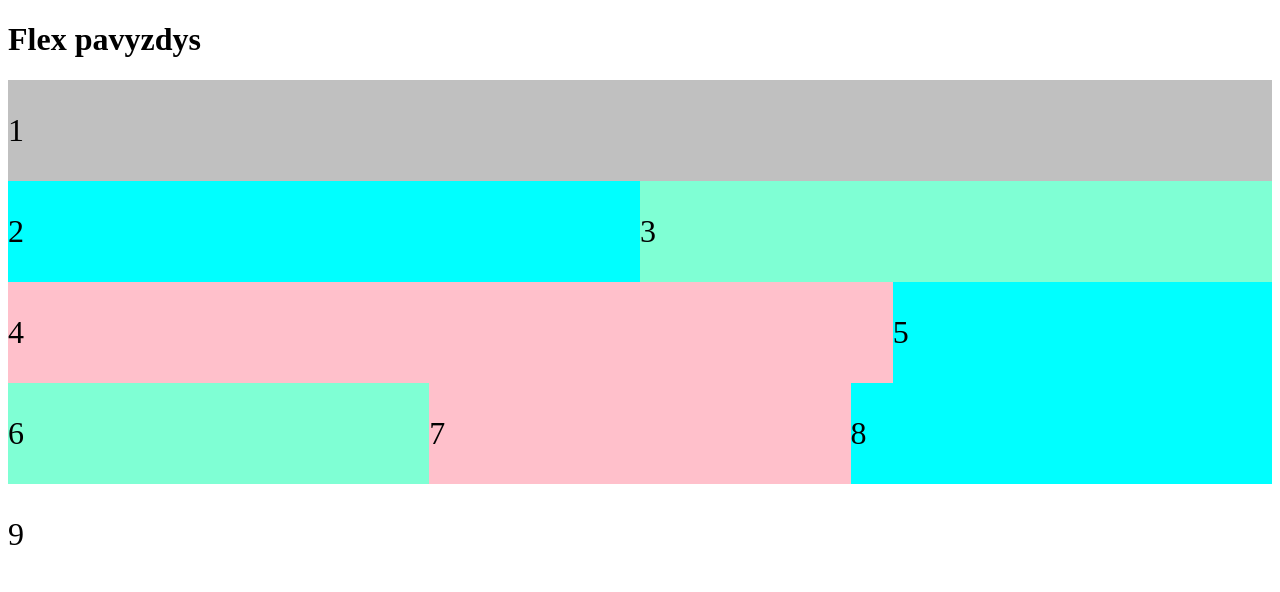
Repository: motiejus1/06-paskaita-invest
Page: index.html
The author's editor kept a copy of each file at every save. The page is drawn from the files as they stood at one save, then again after a run of saves.
The browser window is 1280 px wide. The pictures show the whole page.

Above is the page before, as saved 2021-06-09 19:03:05.

### index.html
<!DOCTYPE html>
<html lang="en">
<head>
    <meta charset="UTF-8">
    <meta http-equiv="X-UA-Compatible" content="IE=edge">
    <meta name="viewport" content="width=device-width, initial-scale=1.0">
    <title>Sesta paskaita</title>
    <style>

* {
            box-sizing: border-box;
        }

        .col-1 {
            width: 8.33%;
        }

        .col-2 {
            width: 16.66%;
        }

        .col-3 {
            width: 25%;
        }

        .col-4 {
            width: 33.33%;
        }

        .col-5 {
            width: 41.66%;
        }

        .col-6 {
            width: 50%;
        }

        .col-7 {
            width: 58.33%;
        }

        .col-8 {
            width: 66.66%;
        }

        .col-9 {
            width:75%;
        }

        .col-10 {
            width: 83.33%;
        }

        .col-11 {
            width: 91.66%;
        }

        .col-12 {
            width: 100%;
        }

        [class*="col-"] {
            float:left;
        }


        .flex-container {
            display: flex;
            flex-direction:row;
            flex-wrap:wrap;
        }

        .flex-item-1 {
            width: 100%;
            background-color: silver;
        }

        .flex-item-2, .flex-item-3 {
            width: 50%;
        }

        .flex-item-4 {
            width: 70%;
        }

        .flex-item-5 {
            width: 30%;
        }

        .flex-item-6, .flex-item-7, .flex-item-8 {
            width: 33.33%;
        }


        .zydra {
            background-color:aqua;
        }

        .zalsva {
            background-color: aquamarine;
        }

        .rozine {
            background-color: pink;
        }

        p {
            font-size: 32px;
        }

        @media screen and (max-width: 720px) {
            .flex-container {
                flex-direction:column;
                flex-wrap: wrap;
            }

            [class*="flex-item-"] {
                width: 100%;
            }
        }

    </style>
</head>
<body>
    <div class="container">

        <div class="row">
            <div class="col-12">

            </div>
        </div>



        <h1>Flex pavyzdys</h1>
        <div class="flex-container">
            <div class="flex-item-1"><p>1</p></div>
            <div class="flex-item-2 zydra"><p>2</p></div>
            <div class="flex-item-3 zalsva"><p>3</p></div>
            <div class="flex-item-4 rozine"><p>4</p></div>
            <div class="flex-item-5 zydra"><p>5</p></div>
            <div class="flex-item-6 zalsva"><p>6</p></div>
            <div class="flex-item-7 rozine"><p>7</p></div>
            <div class="flex-item-8 zydra"><p>8</p></div>
            <div class="flex-item-9"><p>9</p></div>
        </div>
    </div>
</body>
</html>

After the next 2 saves:
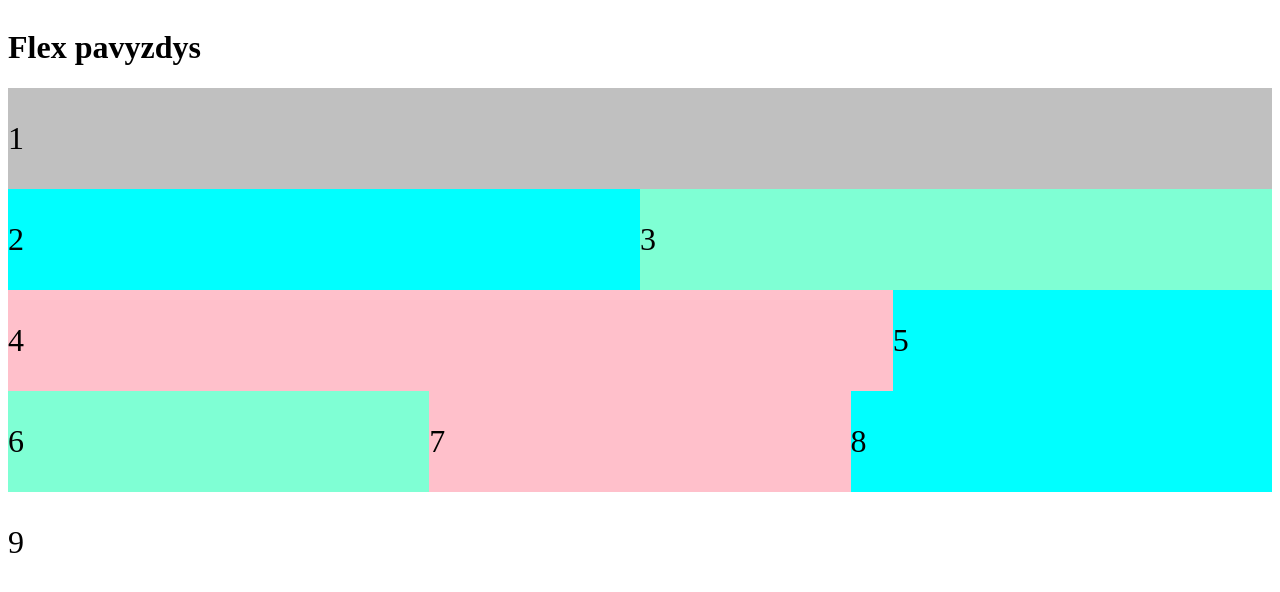
The 2 saves are shown as one change because they came seconds apart.
The last was saved 7 s later.
--- a/index.html
+++ b/index.html
@@ -126,24 +126,24 @@
 
         <div class="row">
             <div class="col-12">
-
+                <h1>Flex pavyzdys</h1>
+                <div class="flex-container">
+                    <div class="flex-item-1"><p>1</p></div>
+                    <div class="flex-item-2 zydra"><p>2</p></div>
+                    <div class="flex-item-3 zalsva"><p>3</p></div>
+                    <div class="flex-item-4 rozine"><p>4</p></div>
+                    <div class="flex-item-5 zydra"><p>5</p></div>
+                    <div class="flex-item-6 zalsva"><p>6</p></div>
+                    <div class="flex-item-7 rozine"><p>7</p></div>
+                    <div class="flex-item-8 zydra"><p>8</p></div>
+                    <div class="flex-item-9"><p>9</p></div>
+                </div>
             </div>
         </div>
 
 
 
-        <h1>Flex pavyzdys</h1>
-        <div class="flex-container">
-            <div class="flex-item-1"><p>1</p></div>
-            <div class="flex-item-2 zydra"><p>2</p></div>
-            <div class="flex-item-3 zalsva"><p>3</p></div>
-            <div class="flex-item-4 rozine"><p>4</p></div>
-            <div class="flex-item-5 zydra"><p>5</p></div>
-            <div class="flex-item-6 zalsva"><p>6</p></div>
-            <div class="flex-item-7 rozine"><p>7</p></div>
-            <div class="flex-item-8 zydra"><p>8</p></div>
-            <div class="flex-item-9"><p>9</p></div>
-        </div>
+
     </div>
 </body>
 </html>
